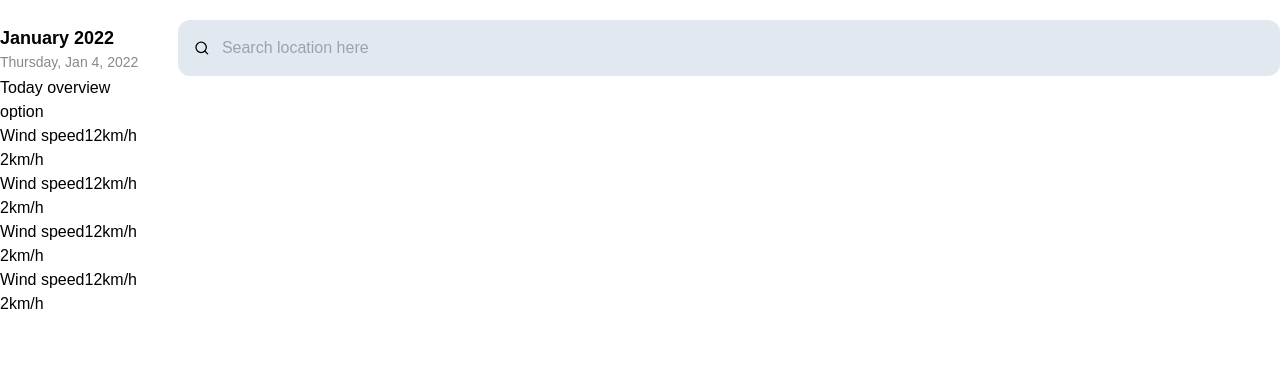
Repository: theweirdboiz/datawarehouse-ui
Page: /
These files come from the project's save history. The page is drawn as it stood at one moment and after the next save; the edit follows.
The browser window is 1280 px wide. The pictures show the whole page.
The project was rebuilt for these pictures with package versions that can differ from the ones it lists, and the page was loaded fresh each time. Also part of the build but not shown: vite.config.js.

Above is the page before, as saved 2022-11-23 16:09:13.

### index.html
<!DOCTYPE html>
<html lang="en">
  <head>
    <meta charset="UTF-8" />
    <link rel="icon" type="image/svg+xml" href="/vite.svg" />
    <meta name="viewport" content="width=device-width, initial-scale=1.0" />
    <title>Weather - Datawarehouse</title>
  </head>
  <body>
    <div id="root"></div>
    <script type="module" src="/src/main.jsx"></script>
  </body>
</html>

### src/App.jsx
import { useState } from "react";
import { FiSearch } from "react-icons/fi";
function App() {
  const date = "font-[900] text-lg";
  const detailDate = "text-sm text-[#888]";

  return (
    <div className="container mx-auto">
      <div className="">
        <section className="content">
          <div className="mt-[20px] flex items-center gap-x-10">
            <div className="flex-col">
              <h3 className={date}>January 2022</h3>
              <div className={detailDate}>Thursday, Jan 4, 2022</div>
            </div>
            <div className="content__search p-4 flex items-center gap-x-3 flex-1 rounded-xl bg-slate-200">
              <FiSearch />
              <input
                className="w-full bg-transparent"
                type="text"
                placeholder="Search location here"
              />
            </div>
          </div>
          <div className="content__detail">
            <div className="">
              <h4>Today overview</h4>
              <div className="">option</div>
              <div className="content__detail-box">
                <div className="content__detail-item">
                  <i></i>
                  <div className="speed">
                    Wind speed
                    <span>12km/h</span>
                  </div>
                  <span>2km/h</span>
                </div>
                <div className="content__detail-item">
                  <i></i>
                  <div className="speed">
                    Wind speed
                    <span>12km/h</span>
                  </div>
                  <span>2km/h</span>
                </div>
                <div className="content__detail-item">
                  <i></i>
                  <div className="speed">
                    Wind speed
                    <span>12km/h</span>
                  </div>
                  <span>2km/h</span>
                </div>
                <div className="content__detail-item">
                  <i></i>
                  <div className="speed">
                    Wind speed
                    <span>12km/h</span>
                  </div>
                  <span>2km/h</span>
                </div>
              </div>
            </div>
          </div>
        </section>
      </div>
    </div>
  );
}

export default App;

### src/index.scss
@tailwind base;
@tailwind components;
@tailwind utilities;

@layer base {
  @import url("https://fonts.googleapis.com/css2?family=Poppins:wght@300;500;600;900&display=swap");

  *,
  *::before,
  *::after {
    box-sizing: border-box;
  }
  * {
    margin: 0;
    padding: 0;
  }
  body {
    line-height: 1.5;
    font-family: "Poppins", sans-serif;
  }
  img,
  picture,
  video,
  canvas,
  svg {
    display: block;
    max-width: 100%;
  }
  input,
  button,
  textarea,
  select {
    outline: none;
  }
  p,
  h1,
  h2,
  h3,
  h4,
  h5,
  h6 {
    overflow-wrap: break-word;
  }
}

Loaded but not shown: src/main.jsx (common file); tailwind.config.cjs (common file)

After the next save:
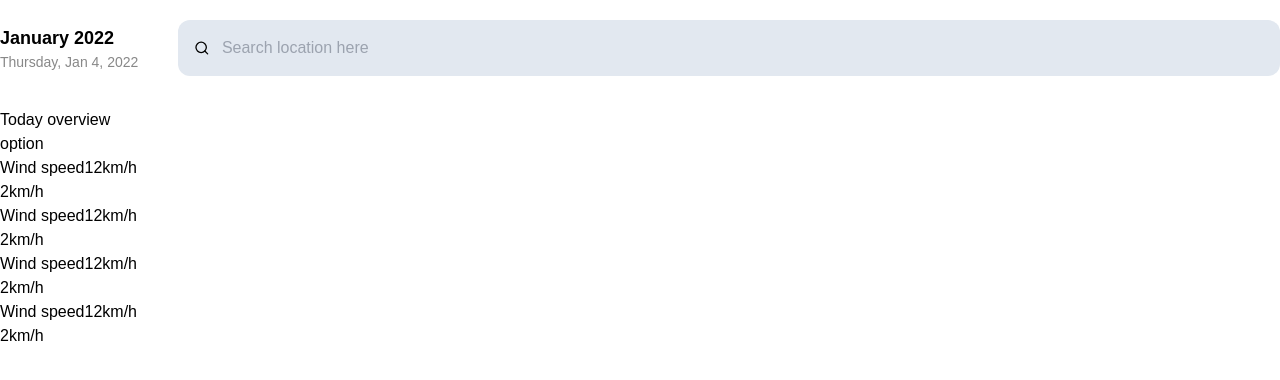
Saved 20 s later.
--- a/src/App.jsx
+++ b/src/App.jsx
@@ -8,7 +8,7 @@ function App() {
     <div className="container mx-auto">
       <div className="">
         <section className="content">
-          <div className="mt-[20px] flex items-center gap-x-10">
+          <div className="mt-[20px] flex items-center gap-x-10 mb-8">
             <div className="flex-col">
               <h3 className={date}>January 2022</h3>
               <div className={detailDate}>Thursday, Jan 4, 2022</div>
